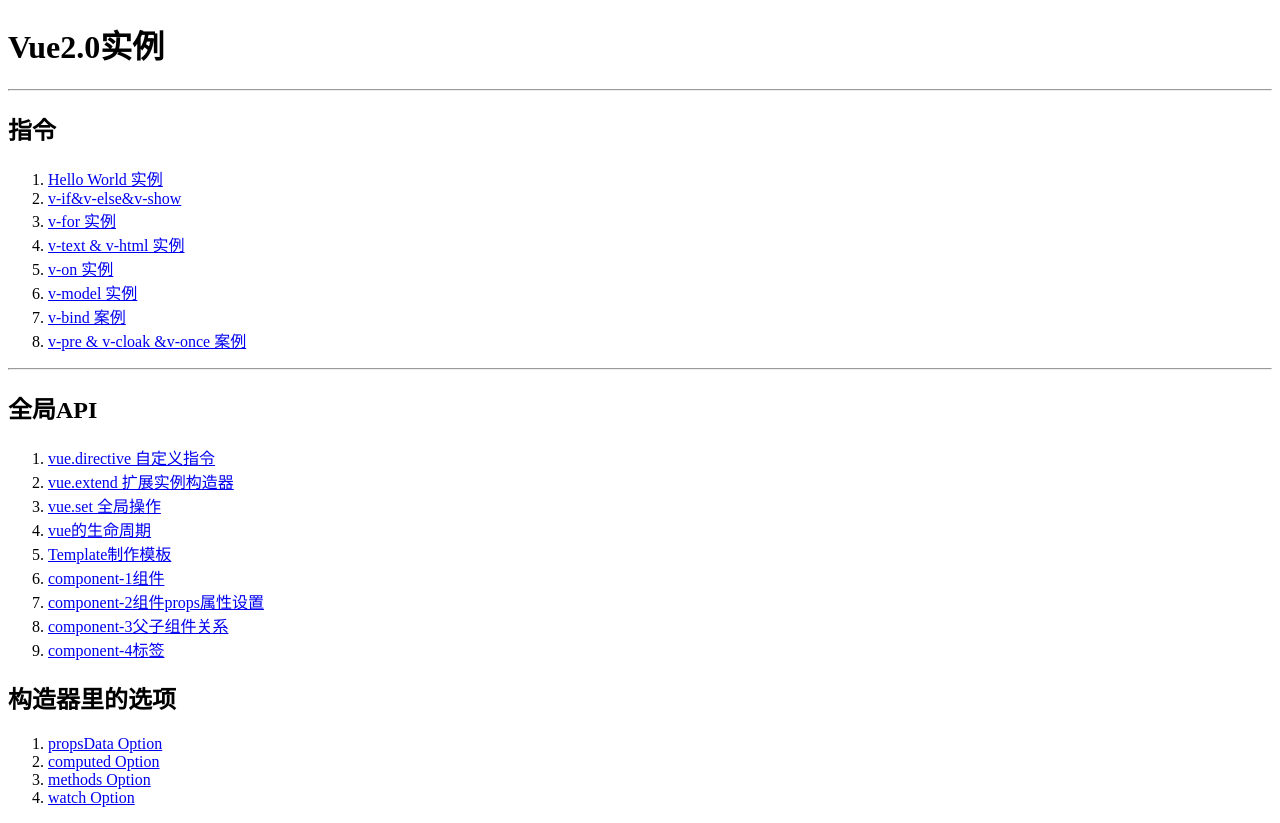
Repository: 13982720426/vue2.0-LearningNotes
Page: index.html
The author's editor kept a copy of each file at every save. The page is drawn from the files as they stood at one save, then again after the next save.
The browser window is 1280 px wide. The pictures show the whole page.

Above is the page before, as saved 2021-06-25 22:04:33.

### index.html
<!DOCTYPE html>
<html lang="en">
  <head>
    <meta charset="UTF-8" />
    <meta http-equiv="X-UA-Compatible" content="IE=edge" />
    <meta name="viewport" content="width=device-width, initial-scale=1.0" />
    <title>Vue.js实例</title>
  </head>
  <body>
    <h1>Vue2.0实例</h1>
    <hr />
    <h2>指令</h2>
    <ol>
      <li><a href="./example/helloworld.html">Hello World 实例</a></li>
      <li><a href="./example/v-if.html">v-if&v-else&v-show</a></li>
      <li><a href="./example/v-for.html">v-for 实例</a></li>
      <li><a href="./example/v-text.html">v-text & v-html 实例</a></li>
      <li><a href="./example/v-on.html">v-on 实例</a></li>
      <li><a href="./example/v-model.html">v-model 实例</a></li>
      <li><a href="./example/v-bind.html">v-bind 案例</a></li>
      <li><a href="./example/others.html">v-pre & v-cloak &v-once 案例</a></li>
    </ol>
    <hr />

    <h2>全局API</h2>
    <ol>
      <li><a href="./example/vue.directive.html">vue.directive 自定义指令</a></li>
      <li><a href="./example/vue.extend.html">vue.extend 扩展实例构造器</a></li>
      <li><a href="./example/vue.set.html">vue.set 全局操作</a></li>
      <li><a href="./example/vue.lifeCycle.html">vue的生命周期</a></li>
      <li><a href="./example/template.html">Template制作模板</a></li>
      <li><a href="./example/component-1.html">component-1组件</a></li>
      <li><a href="./example/component-2.html">component-2组件props属性设置</a></li>
      <li><a href="./example/component-3.html">component-3父子组件关系</a></li>
      <li><a href="./example/component-4.html">component-4标签</a></li>
    </ol>

    <h2>构造器里的选项</h2>
    <ol>
      <li><a href="./example/propsData.html">propsData Option</a></li>
      <li><a href="./example/computed.html">computed Option</a></li>
      <li><a href="./example/methods.html">methods Option</a></li>
      <li><a href="./example/watch.html">watch Option</a></li>
    </ol>
  </body>
</html>

After the next save:
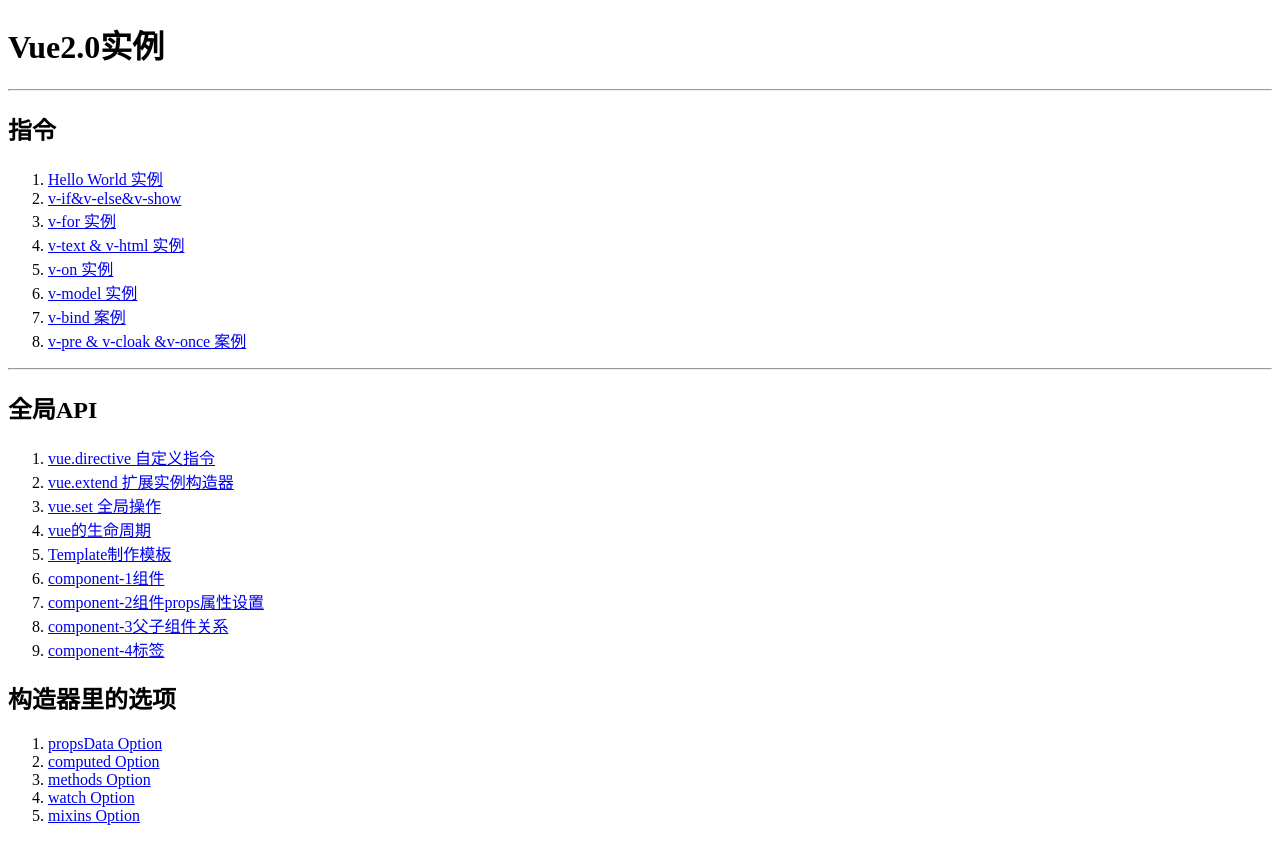
Saved 5 min 35 s later.
--- a/index.html
+++ b/index.html
@@ -41,6 +41,7 @@
       <li><a href="./example/computed.html">computed Option</a></li>
       <li><a href="./example/methods.html">methods Option</a></li>
       <li><a href="./example/watch.html">watch Option</a></li>
+      <li><a href="./example/mixins.html">mixins Option</a></li>
     </ol>
   </body>
 </html>
